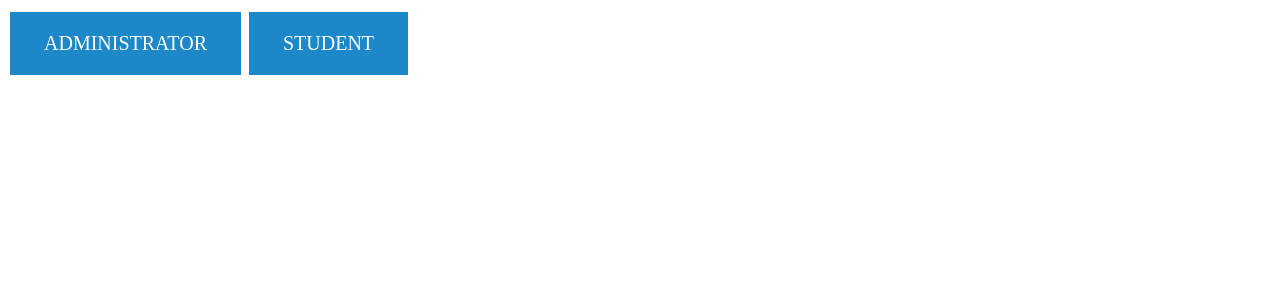
Repository: Malz6/DBMS-ActivityTracking
Page: dbs/WebContent/first.html
The author's editor kept a copy of each file at every save. The page is drawn from the files as they stood at one save, then again after the next save.
The browser window is 1280 px wide. The pictures show the whole page.

Above is the page before, as saved 2019-12-11 08:21:42.

### dbs/WebContent/first.html
<!DOCTYPE html>
<html>
   <head>
      <title>EXTRA-CURRICULAR ACTIVITIES</title>
      <style>
         .button {
         background-color: #1c87c9;
         border: none;
         color: white;
         padding: 20px 34px;
         text-align: center;
         text-decoration: none;
         display: inline-block;
         font-size: 20px;
         margin: 4px 2px;
         cursor: pointer;
         }
      </style>
   </head>
   <body>
      <a href="admin.html" class="button">ADMINISTRATOR</a>
      <a href="student.html" class="button">STUDENT</a>
   </body>
</html>

After the next save:
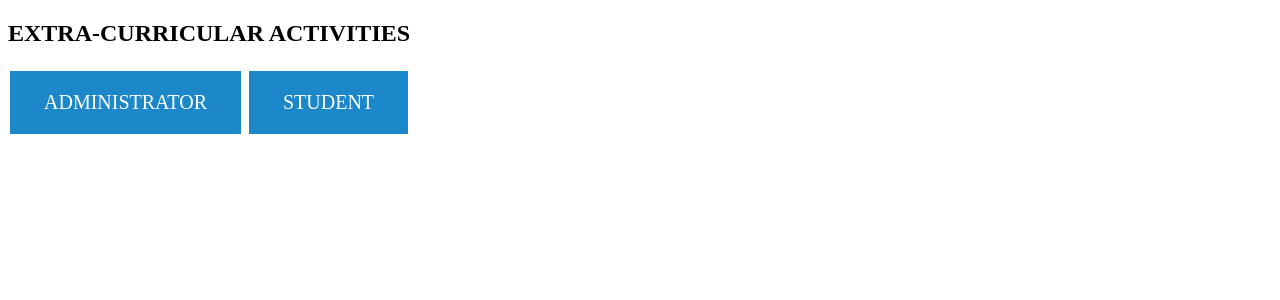
Saved 105 s later.
--- a/dbs/WebContent/first.html
+++ b/dbs/WebContent/first.html
@@ -18,6 +18,7 @@
       </style>
    </head>
    <body>
+   	  <h2>EXTRA-CURRICULAR ACTIVITIES</h2>
       <a href="admin.html" class="button">ADMINISTRATOR</a>
       <a href="student.html" class="button">STUDENT</a>
    </body>
